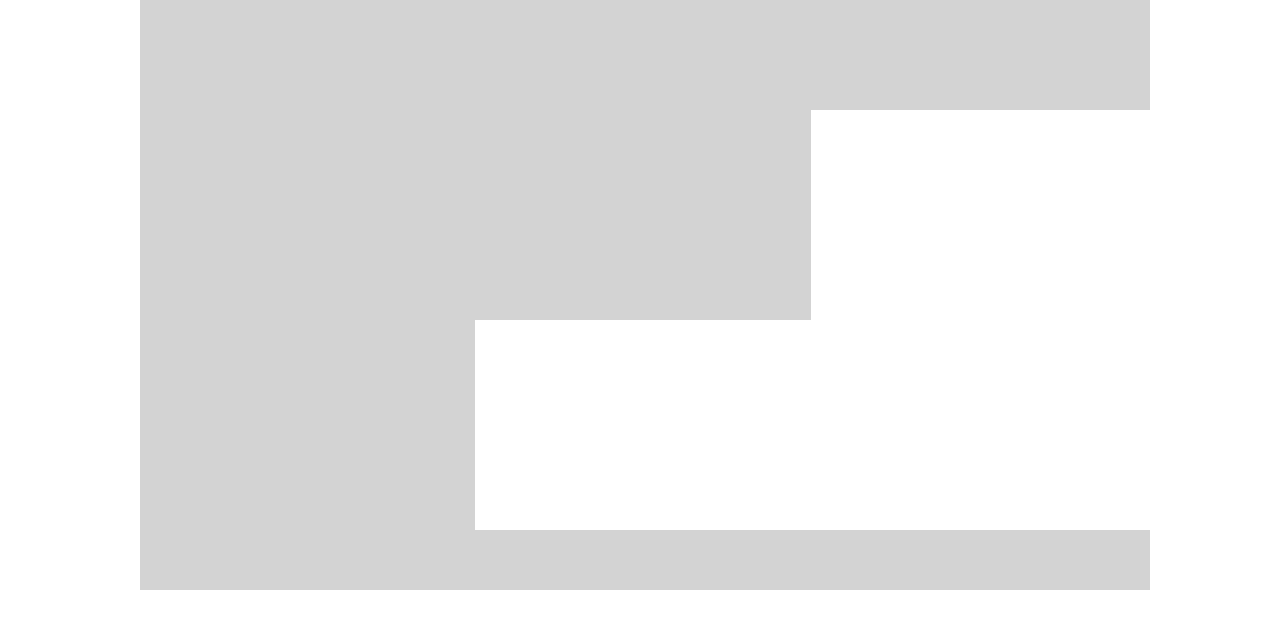
Repository: onopriienkoalina/onopriienkoalina.github.io
Page: dz9_containers/index.html
The author's editor kept a copy of each file at every save. The page is drawn from the files as they stood at one save, then again after a run of saves.
The browser window is 1280 px wide. The pictures show the whole page.
The style sheet was rebuilt from its Sass, Less or Tailwind sources for each picture, by a compiler version that may differ from the author's.

Above is the page before, as saved 2021-12-01 18:19:49.

### dz9_containers/index.html
<!DOCTYPE html>
<html lang="en">
<head>
    <meta charset="UTF-8">
    <meta http-equiv="X-UA-Compatible" content="IE=edge">
    <meta name="viewport" content="width=device-width, initial-scale=1.0">
    <title>Document</title>
    <link href="reset.css" rel="stylesheet">
    <link href="css/style.css" rel="stylesheet">
</head>
<body>
    <div class="block1">
<div class="header"></div>
<div class="section"></div>
<div class="section"></div>
<div class="section"></div>
<div class="footer"></div>
</div>
</body>
</html>

### dz9_containers/style.scss

.section{
 float: left;
 width: 32.53%;
 height: 200px;
 padding: 5px;
 background-color: #D3D3D3;
}
.header {
    clear: left;
    width: 100%;
    height: 100px;
    padding: 5px;
    background-color: #D3D3D3;
}
.footer {
    clear: left;
    width: 100%;
    height: 50px;
    padding: 5px;
    background-color: #D3D3D3;
}
.block1 {
    width: 1000px;
    margin: auto;
}

Loaded but not shown: dz9_containers/reset.css (common file)

After the next 2 saves:
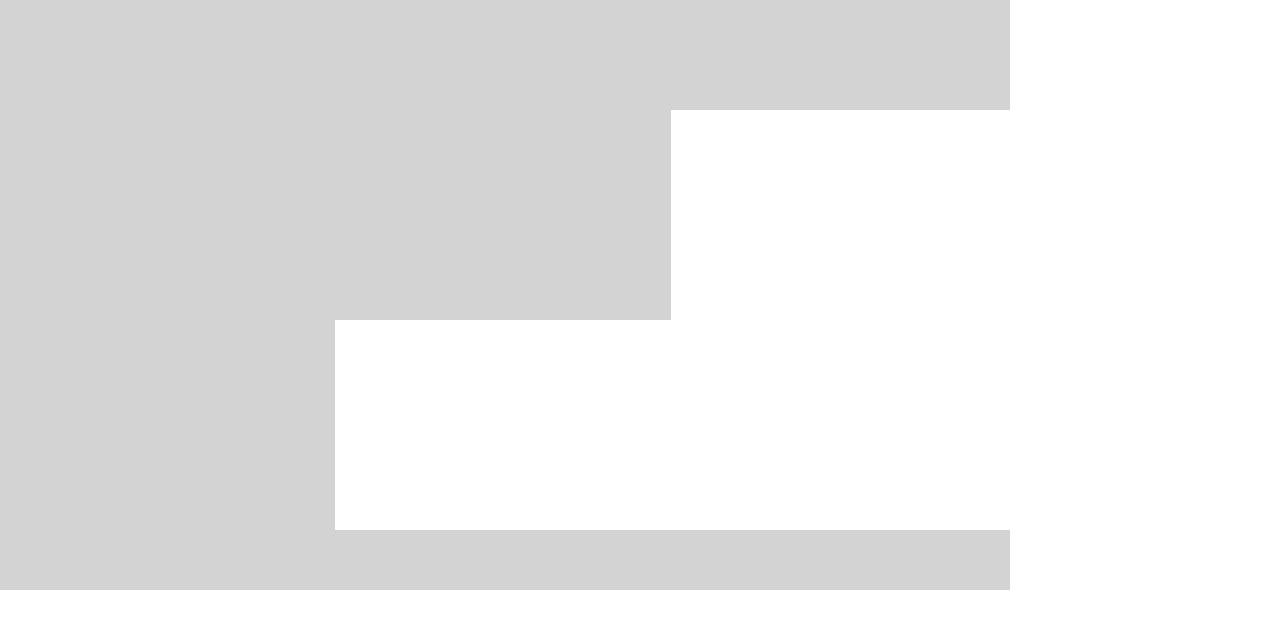
The 2 saves are shown as one change because they came seconds apart.
The last was saved 28 s later.
--- a/dz9_containers/style.scss
+++ b/dz9_containers/style.scss
@@ -22,5 +22,4 @@
 }
 .block1 {
     width: 1000px;
-    margin: auto;
 }

After the save that followed:
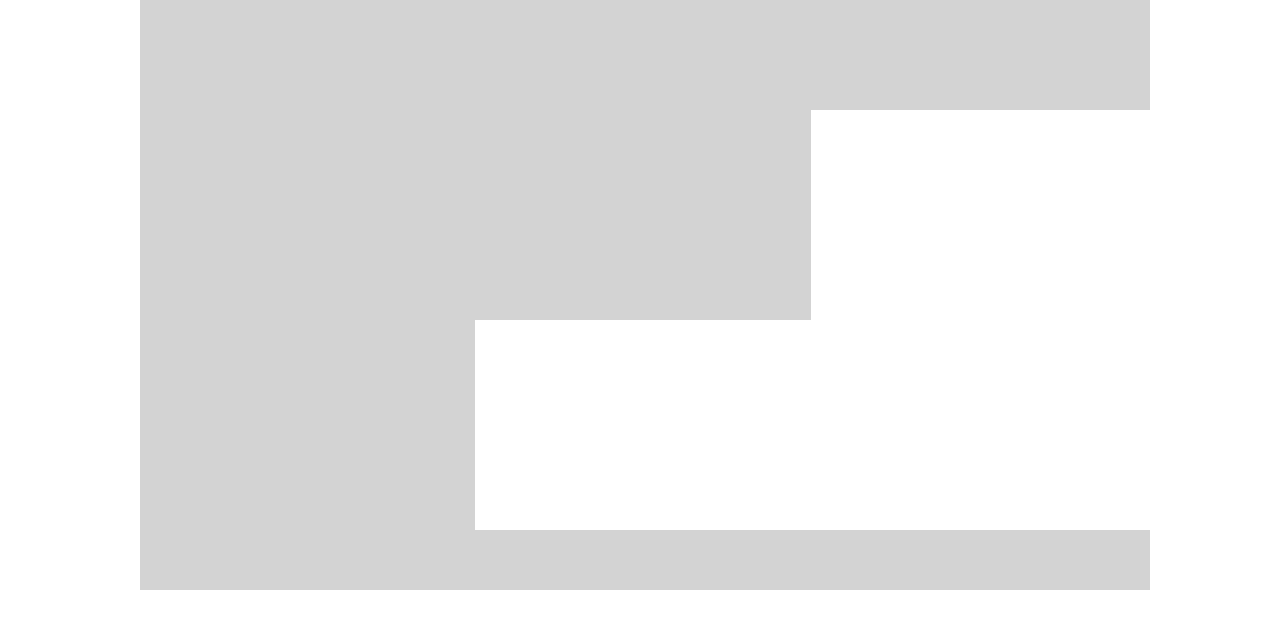
Saved 6 s later.
--- a/dz9_containers/style.scss
+++ b/dz9_containers/style.scss
@@ -22,4 +22,5 @@
 }
 .block1 {
     width: 1000px;
+    margin: auto;
 }
